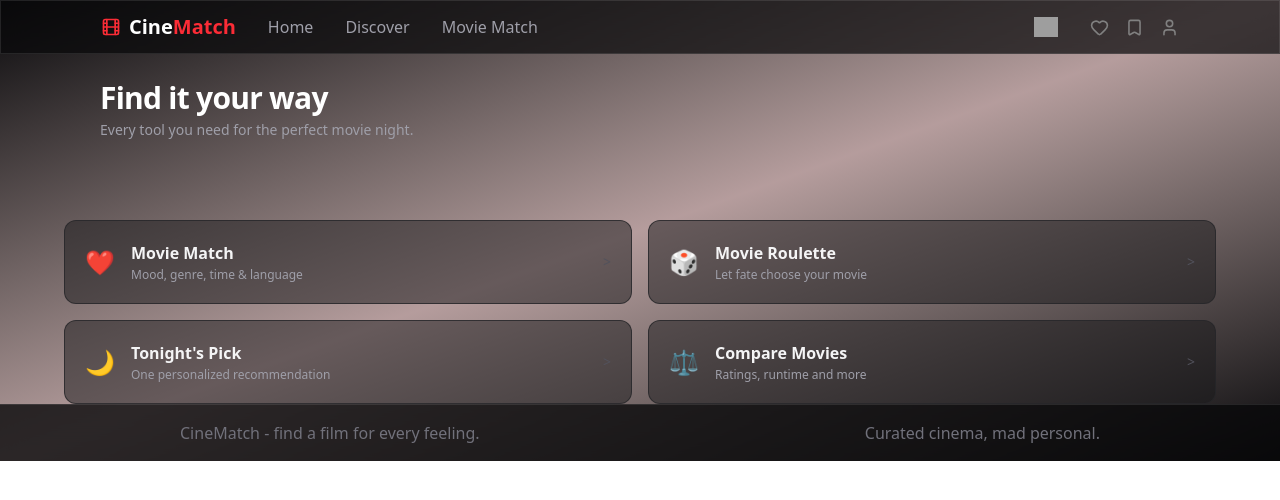
Repository: Mahak182005/CineMatch
Page: /match
These files come from the project's save history. The page is drawn as it stood at one moment and after the next save; the edit follows.
The browser window is 1280 px wide. The pictures show the whole page.
Pictures or frames that could not be fetched are drawn as grey boxes. The project was rebuilt for these pictures with package versions that can differ from the ones it lists, and the page was loaded fresh each time. Also part of the build but not shown: vite.config.js, src/Components/Mood.jsx, src/Data/MoodData.js, src/Data/api.js, src/Components/MovieCart.jsx, src/Logic/search.js, src/pages/Home.jsx, src/pages/Favorites.jsx and 3 more.

Above is the page before, as saved 2026-10-12 12:53:08.

### index.html
<!doctype html>
<html lang="en">
  <head>
    <meta charset="UTF-8" />
    <link rel="icon" type="image/svg+xml" href="/favicon.svg" />
    <meta name="viewport" content="width=device-width, initial-scale=1.0" />
    <title>movie-explorer</title>
  </head>
  <body>
    <div id="root"></div>
    <script type="module" src="/src/main.jsx"></script>
  </body>
</html>

### src/main.jsx
import Router from './router/Router.jsx'
import { createRoot } from 'react-dom/client'
import './index.css'

createRoot(document.getElementById('root')).render(
  <Router />
)

### src/router/Router.jsx
import { createBrowserRouter } from "react-router-dom";
import {Home} from "../pages/Home";
import {RouterProvider} from "react-router-dom";
import { MovieMatch } from "../pages/MovieMatch";
import { Favorites } from "../pages/Favorites";
import {Watchlist} from "../pages/Watchlist"
import { Profile } from "../pages/Profile";
import { Discover } from "../pages/Discover";
import {Layout} from "../Layout/Layout";

const router = createBrowserRouter([
    {
         path: "/",
        element: <Layout />,
        children: [
            {
                index: true,
                element: <Home />
            },
            {
                path: "/discover",
                element: <Discover />
            },
            {
                path: "match",
                element: <MovieMatch />
            },
            {
                path: "fav",
                element: <Favorites />
            },
            {
                path: "watchlist",
                element: <Watchlist />
            },
            {
                path: "profile",
                element: <Profile />
            }
        ]
    }
])
function AppRouter() {
    return <RouterProvider router={router} />;
}

export default AppRouter;

### src/index.css
@import "tailwindcss";
html,
body,
#root {
  margin: 0;
  padding: 0;
  width: 100%;
  box-sizing: border-box
}

### src/pages/MovieMatch.jsx
export function MovieMatch(){
    return(
        <>
            <div classNameName="bg-gradient-to-br from-zinc-950 via-red-950/40 to-zinc-950 text-white p-8">
                <div className=" mx-25 py-20 ">
                    <h1 className="text-3xl font-extrabold tracking-tight text-white">Find it your way</h1>
                    <p className="text-zinc-400 text-sm mt-1">Every tool you need for the perfect movie night.</p>
                </div>

                <div className="grid grid-cols-1 md:grid-cols-2 gap-4 max-w-6xl mx-auto">

                    <div className="flex items-center justify-between p-5 rounded-xl bg-zinc-900/50 border border-zinc-800/80 hover:border-red-900/60 cursor-pointer transition-all duration-200 group">
                    <div className="flex items-center space-x-4">
                        <span className="text-2xl">❤️</span>
                        <div>
                        <h3 className="font-semibold text-zinc-100 group-hover:text-white transition-colors">Movie Match</h3>
                        <p className="text-zinc-400 text-xs mt-0.5">Mood, genre, time & language</p>
                        </div>
                    </div>
                    <span className="text-zinc-600 group-hover:text-zinc-400 transition-colors text-sm">&gt;</span>
                    </div>

                    <div className="flex items-center justify-between p-5 rounded-xl bg-zinc-900/50 border border-zinc-800/80 hover:border-red-900/60 cursor-pointer transition-all duration-200 group">
                    <div className="flex items-center space-x-4">
                        <span className="text-2xl">🎲</span>
                        <div>
                        <h3 className="font-semibold text-zinc-100 group-hover:text-white transition-colors">Movie Roulette</h3>
                        <p className="text-zinc-400 text-xs mt-0.5">Let fate choose your movie</p>
                        </div>
                    </div>
                    <span className="text-zinc-600 group-hover:text-zinc-400 transition-colors text-sm">&gt;</span>
                    </div>

                    <div className="flex items-center justify-between p-5 rounded-xl bg-zinc-900/50 border border-zinc-800/80 hover:border-red-900/60 cursor-pointer transition-all duration-200 group">
                    <div className="flex items-center space-x-4">
                        <span className="text-2xl">🌙</span>
                        <div>
                        <h3 className="font-semibold text-zinc-100 group-hover:text-white transition-colors">Tonight's Pick</h3>
                        <p className="text-zinc-400 text-xs mt-0.5">One personalized recommendation</p>
                        </div>
                    </div>
                    <span className="text-zinc-600 group-hover:text-zinc-400 transition-colors text-sm">&gt;</span>
                    </div>

                    <div className="flex items-center justify-between p-5 rounded-xl bg-zinc-900/50 border border-zinc-800/80 hover:border-red-900/60 cursor-pointer transition-all duration-200 group">
                    <div className="flex items-center space-x-4">
                        <span className="text-2xl">⚖️</span>
                        <div>
                        <h3 className="font-semibold text-zinc-100 group-hover:text-white transition-colors">Compare Movies</h3>
                        <p className="text-zinc-400 text-xs mt-0.5">Ratings, runtime and more</p>
                        </div>
                    </div>
                    <span className="text-zinc-600 group-hover:text-zinc-400 transition-colors text-sm">&gt;</span>
                    </div>

                </div>
            </div>

        </>
    )
}

### src/Layout/Layout.jsx
import { Outlet } from "react-router-dom"
import {Header} from "../Components/Header"
import { Footer } from "../Components/Footer"
export function Layout(){
    return(
        // <div className="bg-[#091424] min-h-screen">
        <div className="bg-gradient-to-br from-zinc-950 via-red-950/40 to-zinc-950">
            <Header />
            <Outlet />
            <Footer />
        </div>
    )
}

### src/Components/Header.jsx
import { Link } from "react-router-dom";
export function Header(){
    return(
        <header className="w-full max-w-full fixed">
            <div className="flex justify-between gap-20 items-center border-1 border-gray-800  bg-zinc-950/70 backdrop-blur-md border-b border-white/10 py-3 px-25">
                    <div className="flex items-center gap-8">
                        <Link to="/">
                            <div className="flex items-center gap-2">
                                <div className="text-red-500">
                                    <svg xmlns="http://www.w3.org/2000/svg" width="24" height="24" viewBox="0 0 24 24" fill="none" stroke="currentColor" strokeWidth="2" strokeLinecap="round" strokeLinejoin="round" className="lucide lucide-film size-5" aria-hidden="true"><rect width="18" height="18" x="3" y="3" rx="2"></rect><path d="M7 3v18"></path><path d="M3 7.5h4"></path><path d="M3 12h18"></path><path d="M3 16.5h4"></path><path d="M17 3v18"></path><path d="M17 7.5h4"></path><path d="M17 16.5h4"></path></svg>
                                </div>
                                <p className="font-semibold text-xl text-white font-bold">Cine<span className="text-red-500">Match</span></p>
                            </div>
                        </Link>
                    <div className="flex gap-8">
                        <Link to="/"><div className="text-zinc-400 hover:text-white transition-colors">Home</div></Link>
                        <Link className="text-zinc-400 hover:text-white transition-colors" to="/discover">Discover</Link>
                        <Link className="text-zinc-400 hover:text-white transition-colors" to="/match">Movie Match</Link>
                        {/* <Link className="text-gray-500" to="/browse">Browser</Link> */}
                    </div>
                </div>
                <div className="flex gap-8 items-center">
                  <img src="https://images.openai.com/static-rsc-4/xpLf_iDkSa24squI-Ip5QKZDulp0bh7B7cuwtMJkyvB3GZ-utHOG7STBEdMhCHi332WpSdAey1vEcinOtZuM0vqtNlfz2iFG4NJkjVUb6CCT1gYCvnhXDTZPIKbWEkUhrQU-C51ka7CL4NYJu1wmD4mK8NLTfRdr_e0rAs2OP8c?purpose=inline" alt="image" className="w-6 h-5 "/>
                  <div className="flex gap-4 items-center">
                        <Link className="text-zinc-400 hover:text-red-500" to="fav"><div><svg xmlns="http://www.w3.org/2000/svg" width="19" height="19" viewBox="0 0 24 24" fill="none" stroke="gray" strokeWidth="2" strokeLinecap="round" strokeLinejoin="round" className="lucide lucide-heart" aria-hidden="true"><path d="M2 9.5a5.5 5.5 0 0 1 9.591-3.676.56.56 0 0 0 .818 0A5.49 5.49 0 0 1 22 9.5c0 2.29-1.5 4-3 5.5l-5.492 5.313a2 2 0 0 1-3 .019L5 15c-1.5-1.5-3-3.2-3-5.5"></path></svg></div></Link>
                        <Link className="text-zinc-400 hover:text-red-500" to="/watchlist">
                            <svg
                                xmlns="http://www.w3.org/2000/svg"
                                width="19"
                                height="19"
                                viewBox="0 0 24 24"
                                fill="none"
                                stroke="gray"
                                strokeWidth="2"
                                strokeLinecap="round"
                                strokeLinejoin="round"
                            >
                                <path d="M17 3a2 2 0 0 1 2 2v15a1 1 0 0 1-1.496.868l-4.512-2.578a2 2 0 0 0-1.984 0l-4.512 2.578A1 1 0 0 1 5 20V5a2 2 0 0 1 2-2z" />
                            </svg>
                        </Link>
                        <Link className="text-zinc-400 hover:text-red-500" to="/profile"><div className=""><svg xmlns="http://www.w3.org/2000/svg" width="19" height="19" viewBox="0 0 24 24" fill="none" stroke="gray" strokeWidth="2" strokeLinecap="round" strokeLinejoin="round" className="lucide lucide-user" aria-hidden="true"><path d="M19 21v-2a4 4 0 0 0-4-4H9a4 4 0 0 0-4 4v2"></path><circle cx="12" cy="7" r="4"></circle></svg></div></Link>
                    </div>
                </div>
            </div>
       </header>
    )
}

### src/Components/Footer.jsx
export function Footer(){
    return(
        <>
            <div className="bg-zinc-950/80 backdrop-blur-md border-t border-white/10 text-zinc-500 py-4">
                <div className="flex justify-between px-45">
                    <p>CineMatch - find a film for every feeling.</p>
                    <p>Curated cinema, mad personal.</p>
                </div>
            </div>
        </>
    )
}

After the next save:
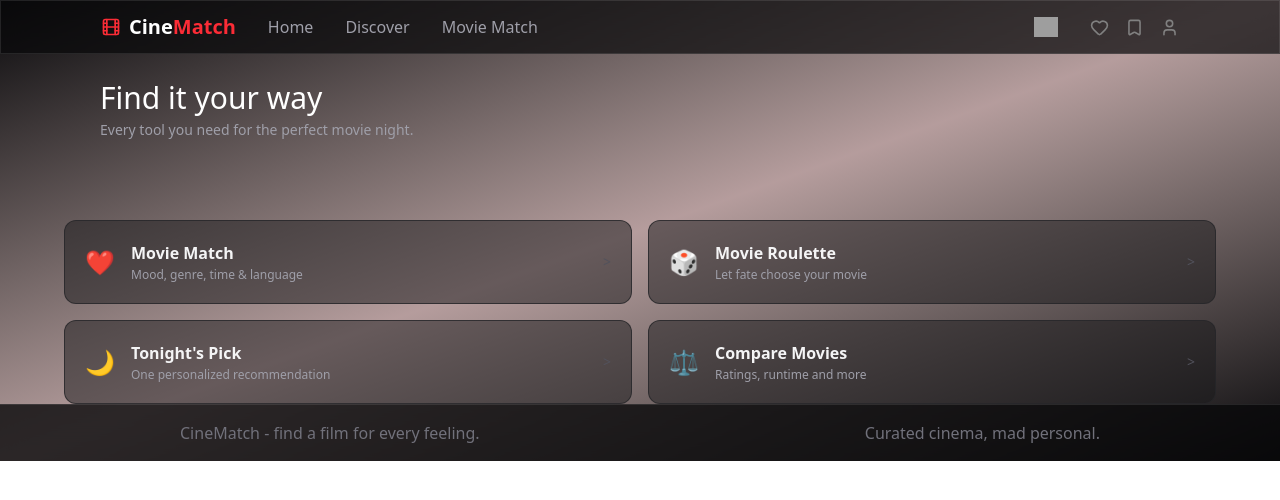
Saved 28 s later.
--- a/src/pages/MovieMatch.jsx
+++ b/src/pages/MovieMatch.jsx
@@ -1,9 +1,9 @@
 export function MovieMatch(){
     return(
         <>
-            <div classNameName="bg-gradient-to-br from-zinc-950 via-red-950/40 to-zinc-950 text-white p-8">
+            <div classNameName="bg-gradient-to-br from-zinc-950 via-red-950/40 to-zinc-950 text-white p-8 ">
                 <div className=" mx-25 py-20 ">
-                    <h1 className="text-3xl font-extrabold tracking-tight text-white">Find it your way</h1>
+                    <h1 className="text-3xl text-white">Find it your way</h1>
                     <p className="text-zinc-400 text-sm mt-1">Every tool you need for the perfect movie night.</p>
                 </div>
 
